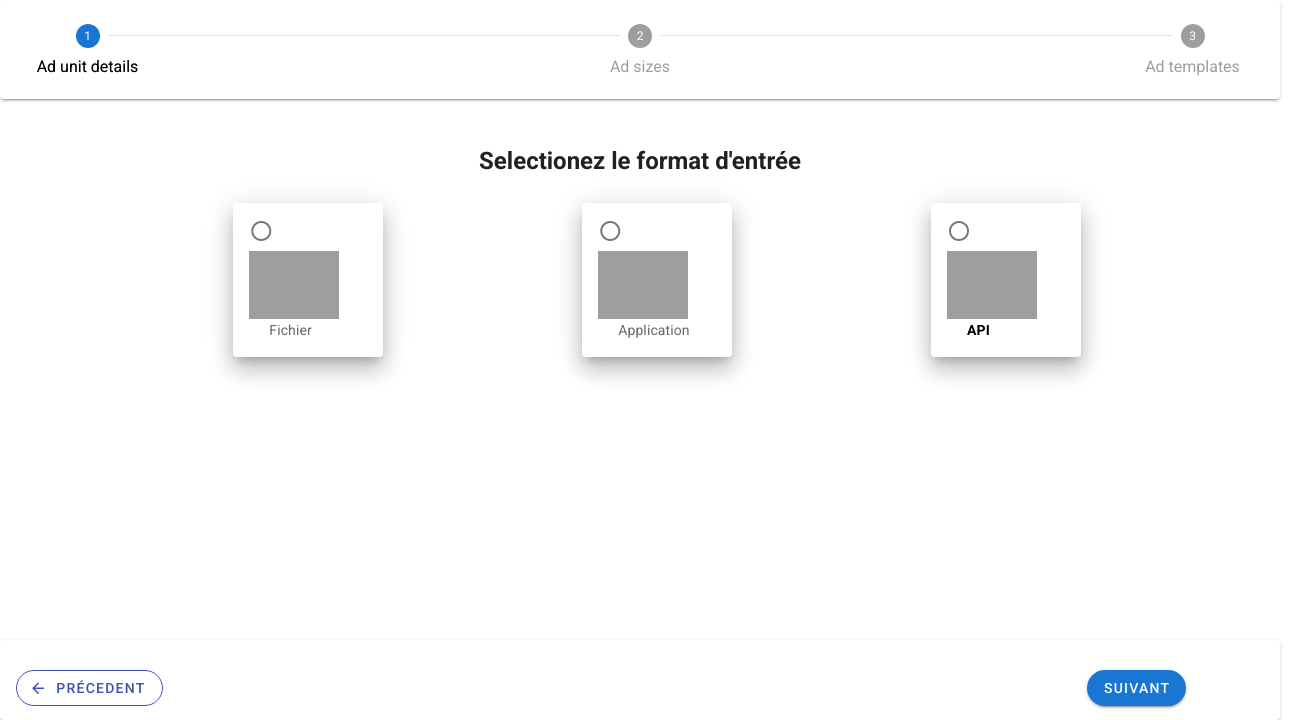
Repository: SidneyHodieb/myc
Page: /addsource/format
These files come from the project's save history. The page is drawn as it stood at one moment and after a run of saves; the edit follows.
The browser window is 1280 px wide. The page is 1292 px wide, so the pictures cover 1292 px, including what lies to the right of the window. The pictures show the whole page.
Pictures or frames that could not be fetched are drawn as grey boxes. The project was rebuilt for these pictures with package versions that can differ from the ones it lists, and the page was loaded fresh each time. Also part of the build but not shown: vue.config.js, src/views/Home.vue, src/views/addSource/components/card.vue, src/views/addSource/components/trigger.vue.

Above is the page before, as saved 2021-04-04 13:56:36.

### src/App.vue
<template>
  <v-app>
    <v-main>
      <router-view></router-view>
    </v-main>
  </v-app>
</template>

<script>

export default {
  name: 'App',
  data: () => ({
    //
  }),
};
</script>

### src/router/index.js
import Vue from 'vue'
import VueRouter from 'vue-router'
import Home from '../views/Home.vue'
import addSource from '../views/addSource/column'
import format from '../views/addSource/components/format'
import card from '../views/addSource/components/card'
import trigger from '../views/addSource/components/trigger'

Vue.use(VueRouter)

const routes = [
  {
    path: '/',
    name: 'Home',
    component: Home
  },
  {
    path: '/addsource',
    name: 'addSource',
    component: addSource,
    children: [
      {
        path: 'format',
        component: format
      },
      {
        path: 'card',
        component: card
      },
      {
        path: 'trigger',
        component: trigger
      }
    ]
  },
  {
    path: '/about',
    name: 'About',
    // route level code-splitting
    // this generates a separate chunk (about.[hash].js) for this route
    // which is lazy-loaded when the route is visited.
    component: function () {
      return import(/* webpackChunkName: "about" */ '../views/About.vue')
    }
  }
]

const router = new VueRouter({
  mode: 'history',
  base: process.env.BASE_URL,
  routes
})

export default router

### src/views/addSource/column.vue
<template>
  <div>
    <!-- Header -->
      <v-stepper alt-labels>
          <v-stepper-header>
            <v-stepper-step step="1">
              Ad unit details
            </v-stepper-step>

            <v-divider></v-divider>

            <v-stepper-step step="2">
              Ad sizes
            </v-stepper-step>

            <v-divider></v-divider>

            <v-stepper-step step="3">
              Ad templates
            </v-stepper-step>
          </v-stepper-header>
        </v-stepper>

        <!-- Content -->
        <router-view></router-view>
        <!--Footer  -->

<v-card class="card-bottom">

    <v-row>
       <v-col>
       <v-btn
       class="ml-4"
      rounded
      outlined
      color="indigo"
    >
     <v-icon left>
        mdi-arrow-left
      </v-icon>
      Précedent
    </v-btn>
       </v-col>

  <v-col offset-md="8" offset-sm="8">
      <v-btn
      rounded
      color="primary"
      dark
    >
      Suivant
    </v-btn>
      </v-col>
      </v-row>
    </v-card>

  </div>
</template>

<script>
export default {

}
</script>

<style lang="scss" scoped>

.card-bottom{
  position: absolute;bottom: 0;width:100%; height: 50px; padding-bottom:50px; padding-top:30px
}

</style>

### src/views/addSource/components/format.vue
<template>
  <v-container fluid grid-list-md>
    <v-radio-group row>
      <v-col md="12" sm="12" class="text-center">
        <h2>Selectionez le format d'entrée</h2>
      </v-col>
      <v-col offset-md="2">
        <v-card elevation="14" width="150">
          <v-card-text>
            <v-radio
                color="green"
                value="file"
                class="mb-2"
              ></v-radio>
            <div>
          <v-img
           width="90"
            src="https://www.flaticon.com/svg/vstatic/svg/786/786788.svg?token=exp=1617473650~hmac=f02174a0ee444bdd71a855da4ad95c3d"
        ></v-img>
        <span class="textCard text--secondary">Fichier</span>
        </div>
         </v-card-text>
        </v-card>
      </v-col>
      <v-col>
        <v-card elevation="14" width="150">
          <v-card-text>
            <v-radio
                color="blue"
                value="app"
                class="mb-2"
              ></v-radio>
          <v-img
           width="90"
            src="https://www.flaticon.com/svg/vstatic/svg/2306/2306016.svg?token=exp=1617475854~hmac=35e4e709fb9fa1338bb7b9cd5032613a"
        ></v-img>
         <span class="textCard text--secondary">Application</span>
         </v-card-text>
        </v-card>
      </v-col>
      <v-col>
        <v-card elevation="14" width="150">
           <v-card-text>
             <v-radio
                color="red"
                value="api"
                class="mb-2"
              ></v-radio>
          <v-img
           width="90"
            src="https://www.flaticon.com/svg/vstatic/svg/994/994152.svg?token=exp=1617476036~hmac=b132b4a2ee4139281536cfde68b7345e"
        ></v-img>
         <span class="textCard font-weight-bold">API</span>
         </v-card-text>
        </v-card>
      </v-col>
    </v-radio-group>
  </v-container>
</template>

<script>
export default {
  data () {
      return {
        checkbox: true,
      }
    },
}
</script>

<style lang="scss" scoped>

.checkbox-round {
    width: 1.3em;
    height: 1.3em;
    background-color: white;
    border-radius: 50%;
    vertical-align: middle;
    border: 1px solid #ddd;
    -webkit-appearance: none;
    outline: none;
    cursor: pointer;
};

.textCard{
    color:black;
    margin-left:20px;
    margin-top:10px
}

</style>

Loaded but not shown: public/index.html (common file); src/main.js (common file); src/store/index.js (common file); src/plugins/vuetify.js (common file)

After the next 2 saves:
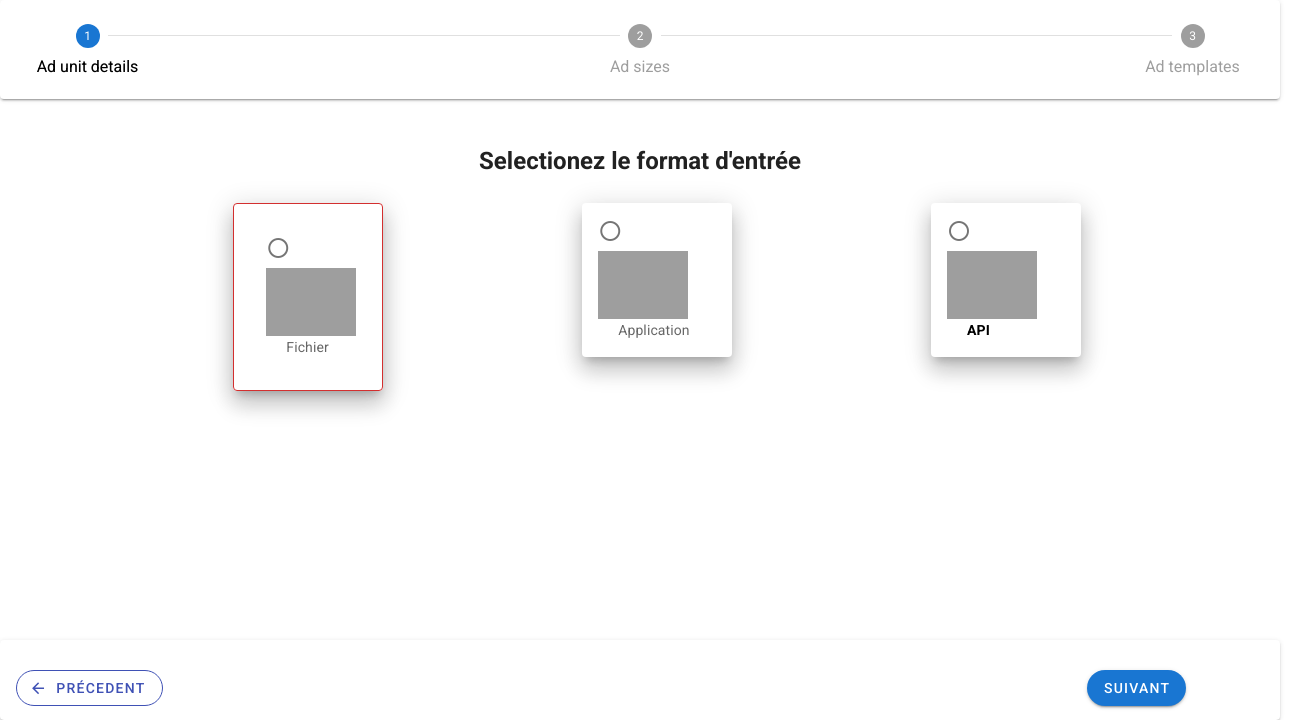
The 2 saves are shown as one change because 1 did not build or start.
The last was saved 4 min 42 s later.
--- a/src/views/addSource/components/format.vue
+++ b/src/views/addSource/components/format.vue
@@ -6,6 +6,7 @@
       </v-col>
       <v-col offset-md="2">
         <v-card elevation="14" width="150">
+          <v-alert outlined color="red darken-2">
           <v-card-text>
             <v-radio
                 color="green"
@@ -20,6 +21,7 @@
         <span class="textCard text--secondary">Fichier</span>
         </div>
          </v-card-text>
+          </v-alert>
         </v-card>
       </v-col>
       <v-col>
